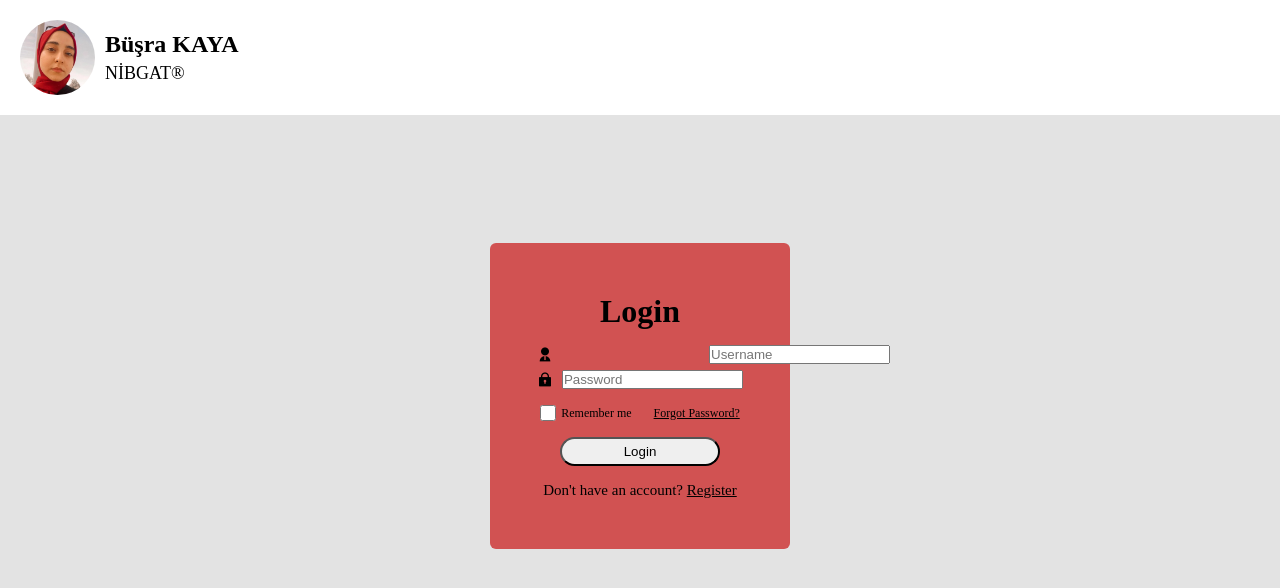
Repository: busra-kayaa/LoginPage
Page: login.html
An editor plug-in stored every save of this project. The page is shown before and after the next save, followed by the edit.
The browser window is 1280 px wide. The pictures show the whole page.

Above is the page before, as saved 2024-01-05 18:03:11.

After the next save:
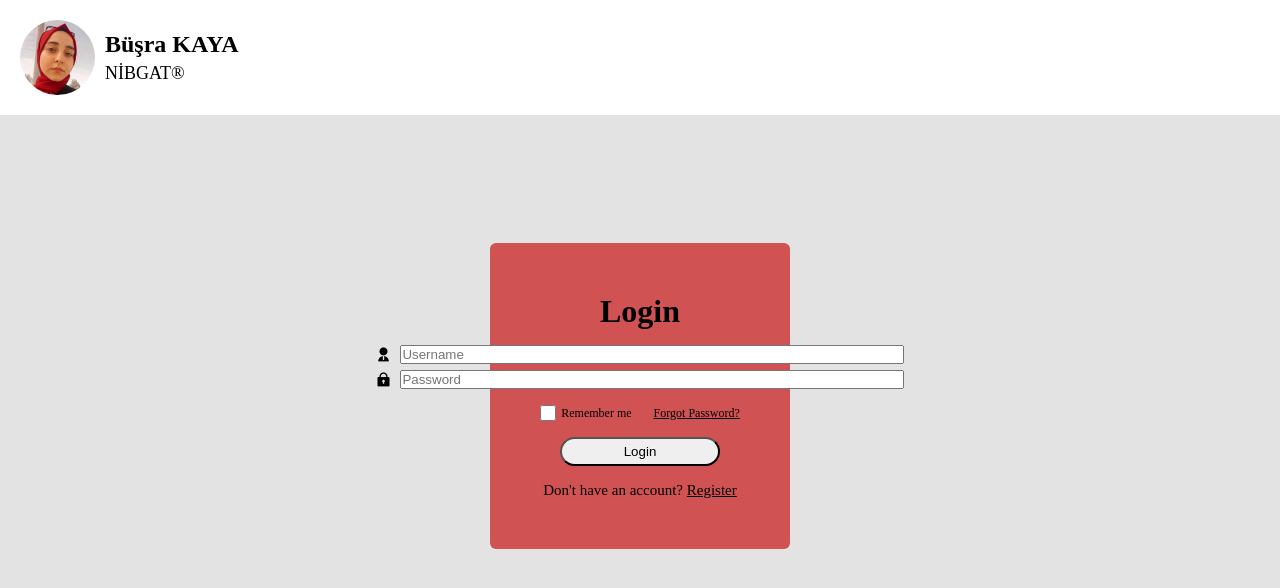
Saved 4 s later.
--- a/style.css
+++ b/style.css
@@ -69,7 +69,6 @@ body {
     column-gap: .55rem;
     align-items: center;
     margin-bottom: 3%;
-    width: 500px;
 }
 
 .input-group1 i {
@@ -88,6 +87,7 @@ body {
     font-size: 100 200 px;
 }
 .input-text {
+    width: 500px;
 
 }
 
